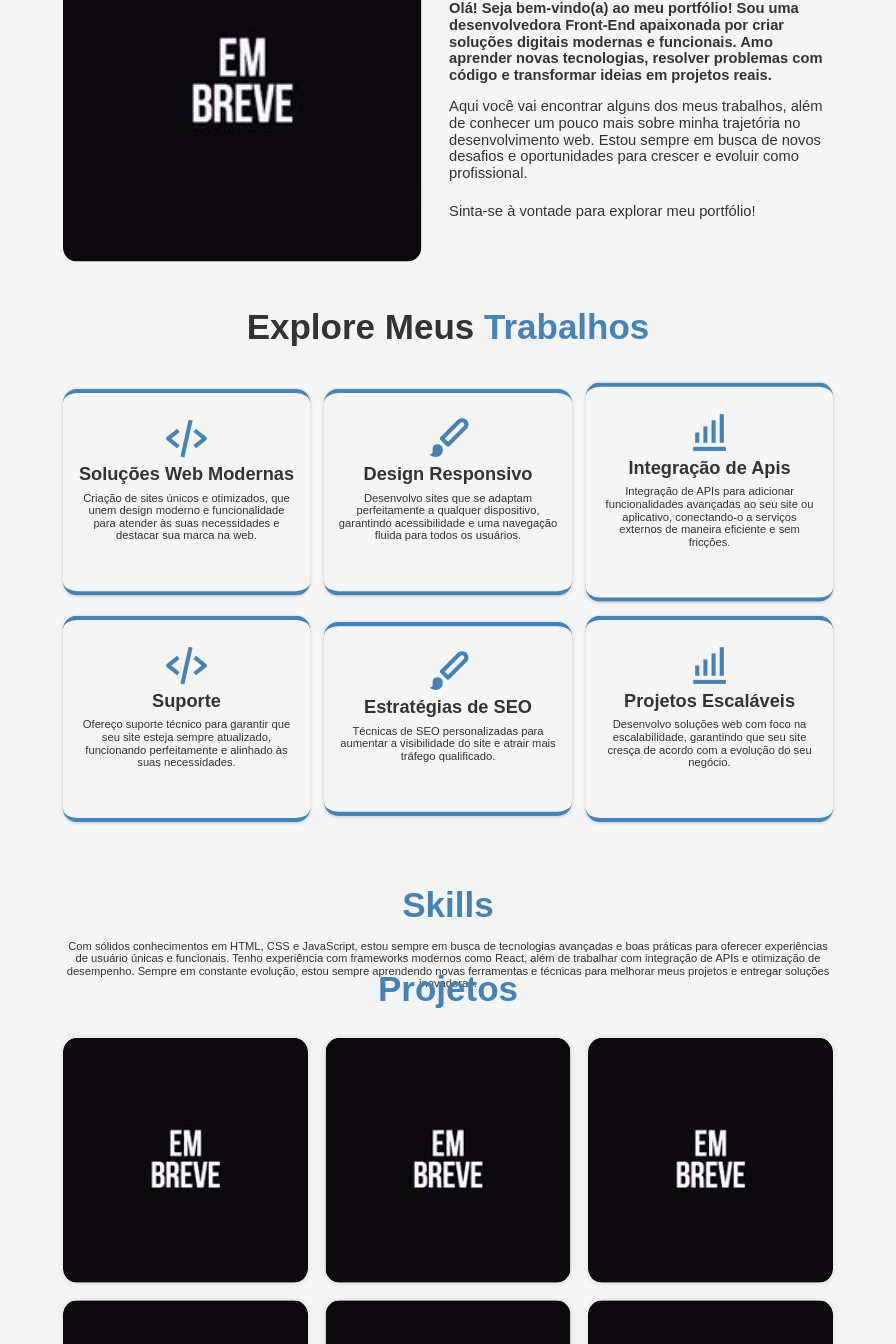
Repository: AliciaKathleen/portfolio-2025
Page: index.html
These files come from the project's save history. The page is drawn as it stood at one moment and after the next save; the edit follows.
The browser window is 1280 px wide. The pictures show the part of the page from y = 1001 to 2921 px (the page is 4098 px tall), at 70% of full size.

Above is the page before, as saved 2025-01-27 17:38:53.
Console error: TypeError: Cannot read properties of null (reading 'classList')

After the next save:
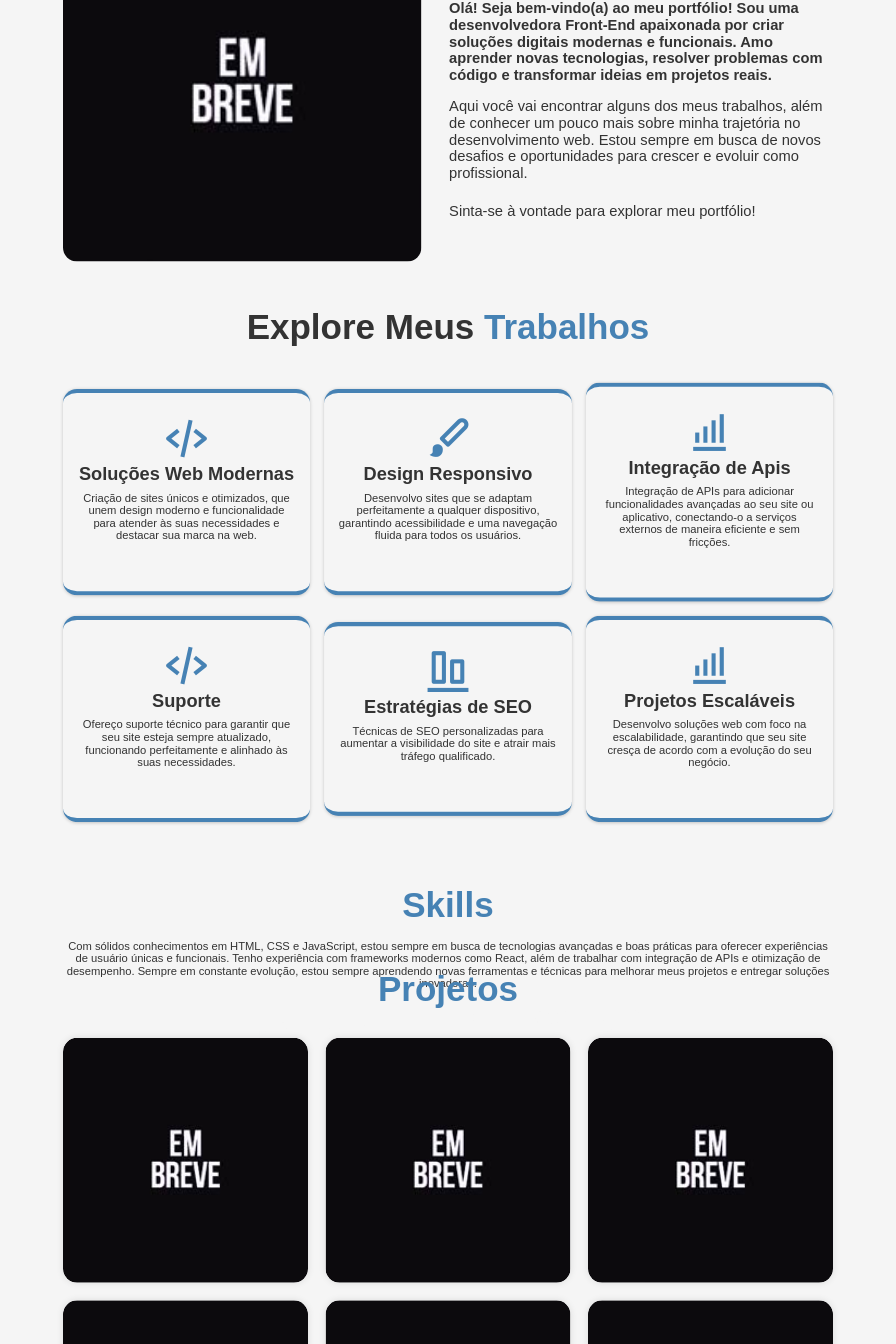
Saved 69 s later.
--- a/index.html
+++ b/index.html
@@ -94,7 +94,7 @@
                 <p>Ofereço suporte técnico para garantir que seu site esteja sempre atualizado, funcionando perfeitamente e alinhado às suas necessidades.</p>
             </div>
             <div class="services-box">
-                <i class='bx bxs-paint'></i>
+                <i class='bx bx-objects-vertical-bottom'></i>
                 <h3>Estratégias de SEO</h3>
                 <p>Técnicas de SEO personalizadas para aumentar a visibilidade do site e atrair mais tráfego qualificado.</p>
             </div>
